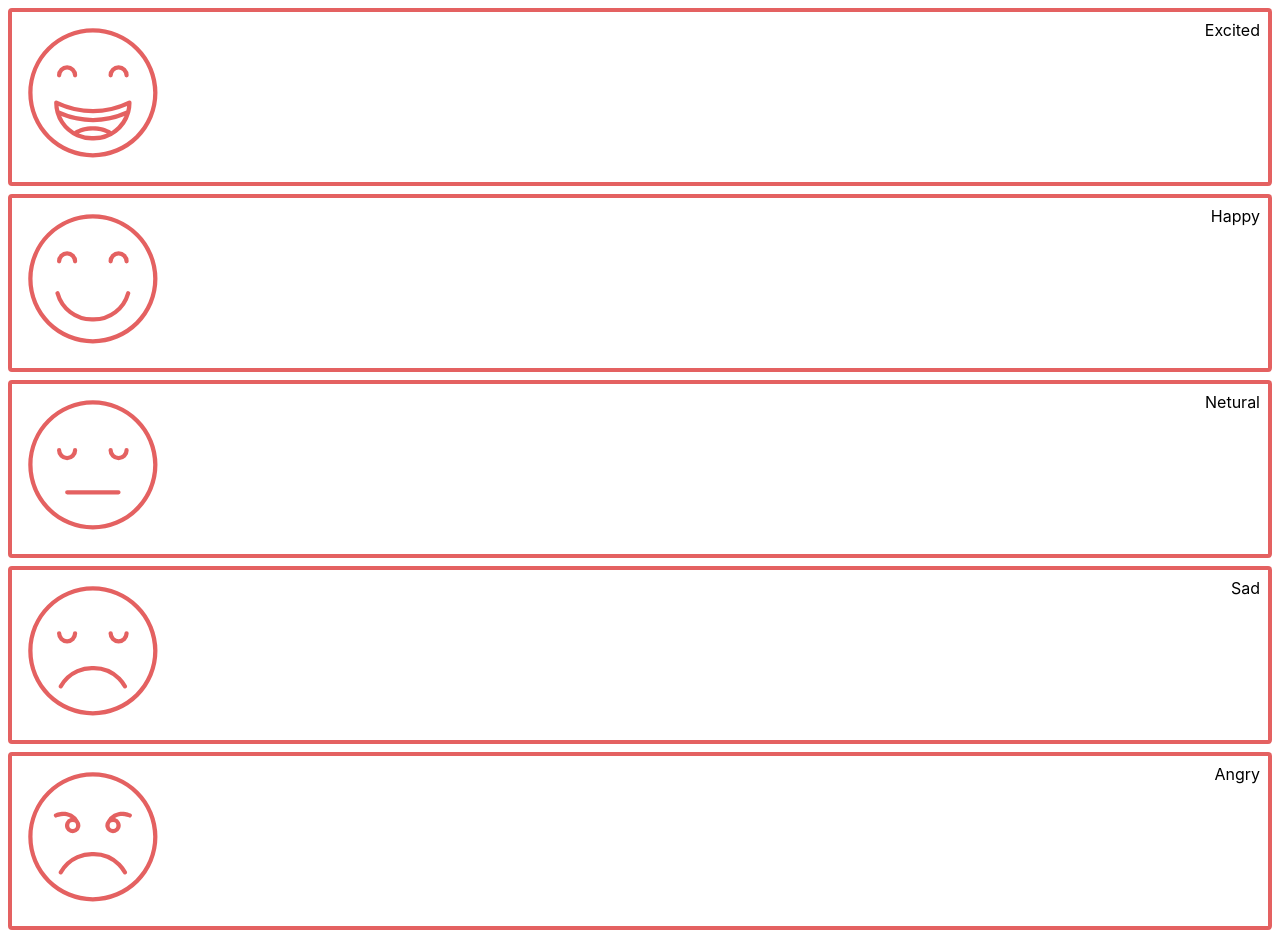
Repository: majakesin/moodify-app
Page: /
The author's editor kept a copy of each file at every save. The page is drawn from the files as they stood at one save, then again after the next save.
The browser window is 1280 px wide. The pictures show the whole page.
The project was rebuilt for these pictures with package versions that can differ from the ones it lists, and the page was loaded fresh each time.

Above is the page before, as saved 2023-08-21 12:09:20.

After the next save:
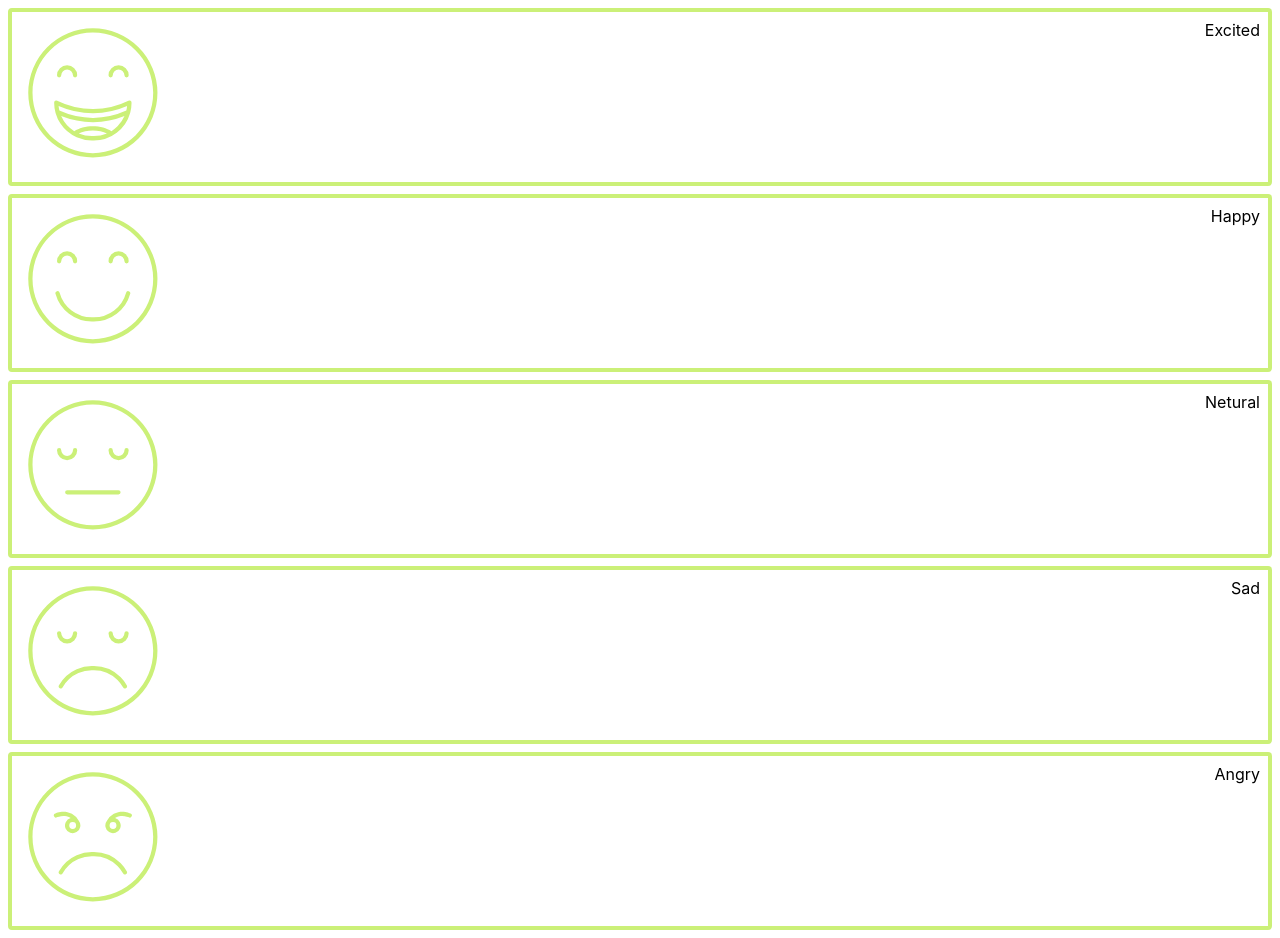
Saved 12 s later.
--- a/src/components/Mood/index.module.css
+++ b/src/components/Mood/index.module.css
@@ -2,7 +2,7 @@
 @import '../../styles/variables.css';
 
 .card {
-    border: 4px solid var(--fourth-color);
+    border: 4px solid var(--first-color);
     border-radius: 4px;
     margin: 8px;
     padding: 8px;
@@ -11,7 +11,7 @@
 }
 
 .icon {
-    color: var(--fourth-color);
+    color: var(--first-color);
 }
 
 .icon svg  {
